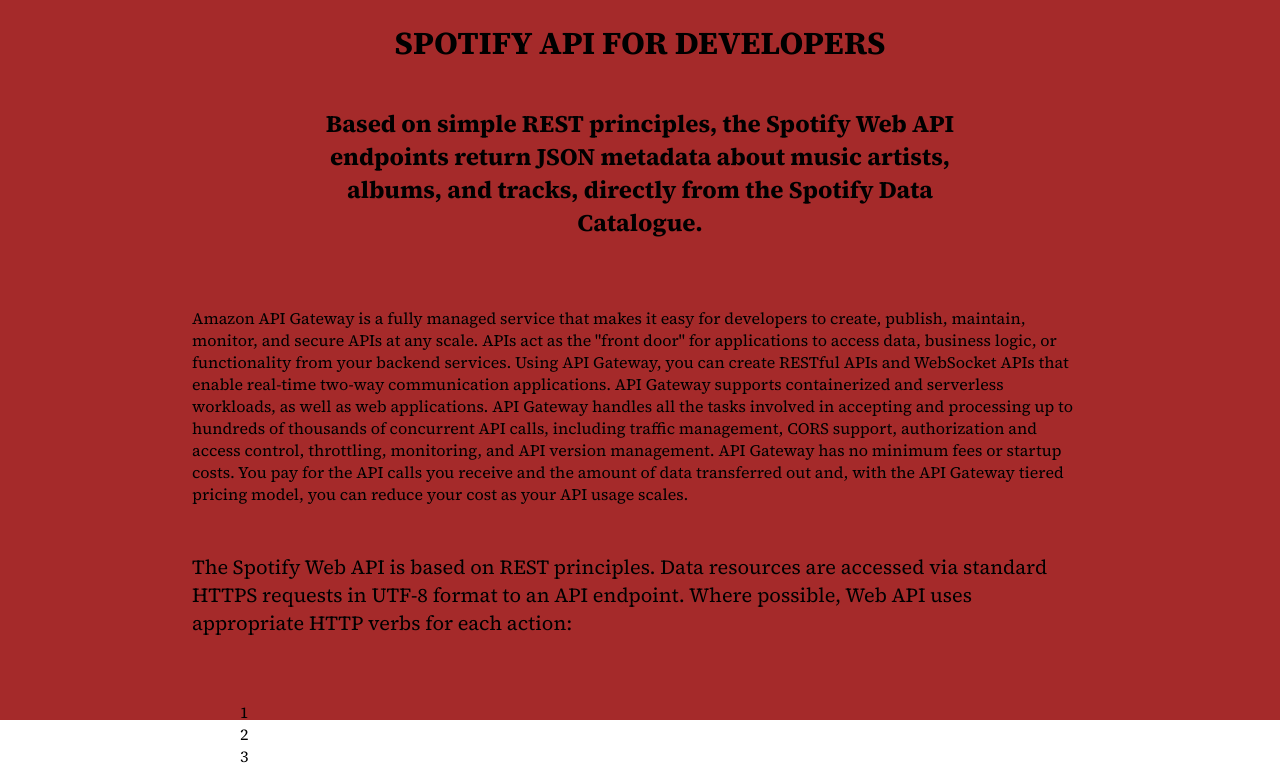
Repository: eliasihai/dizza-html-project
Page: index.html
These files come from the project's save history. The page is drawn as it stood at one moment and after a run of saves; the edit follows.
The browser window is 1280 px wide. The pictures show the whole page.

Above is the page before, as saved 2022-01-26 00:32:37.

After the next 2 saves:
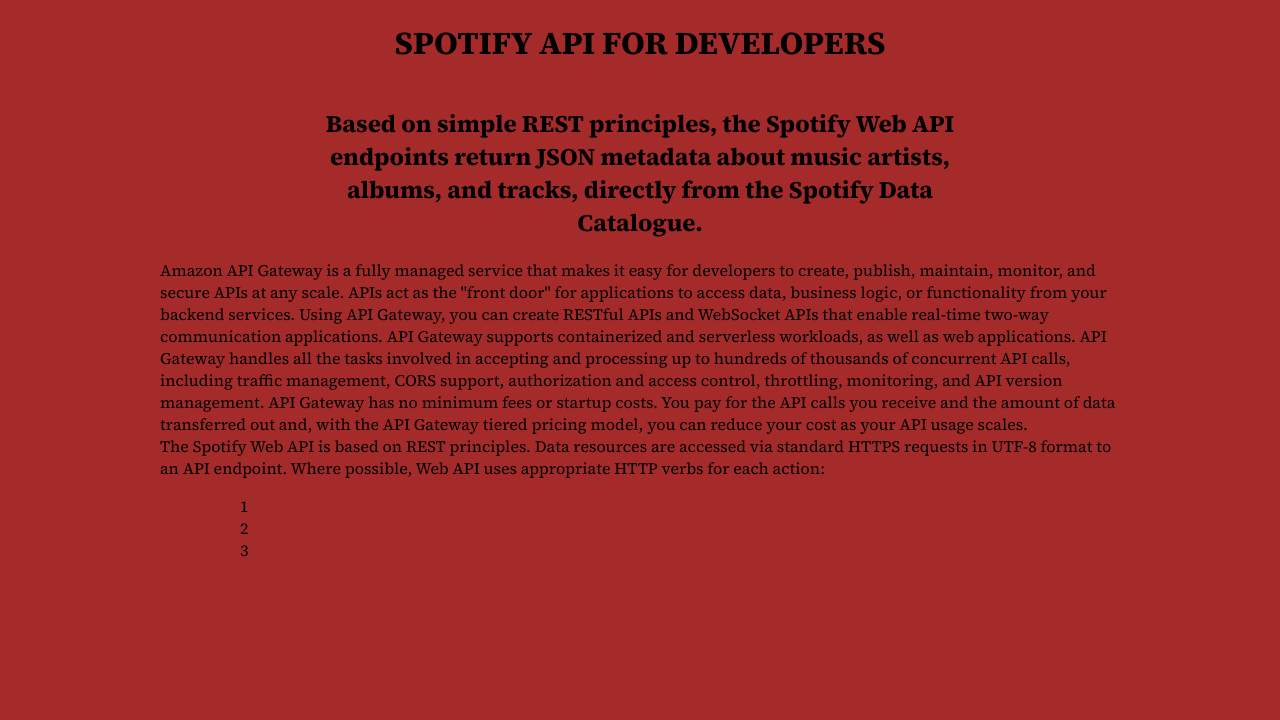
The 2 saves are shown as one change because they came seconds apart.
The last was saved 8 s later.
--- a/style.css
+++ b/style.css
@@ -25,12 +25,9 @@
 .title_style h2{
     padding: 0 10rem;
 }
-.describe_container .about_request{
+.describe_container .about_request .describe_text{
   margin: 3rem 2rem;
   font-size: 1.25em;
-}
-.describe_text {
-  margin: 3rem 2rem;
 }
 .list_container {
   display: flex;
